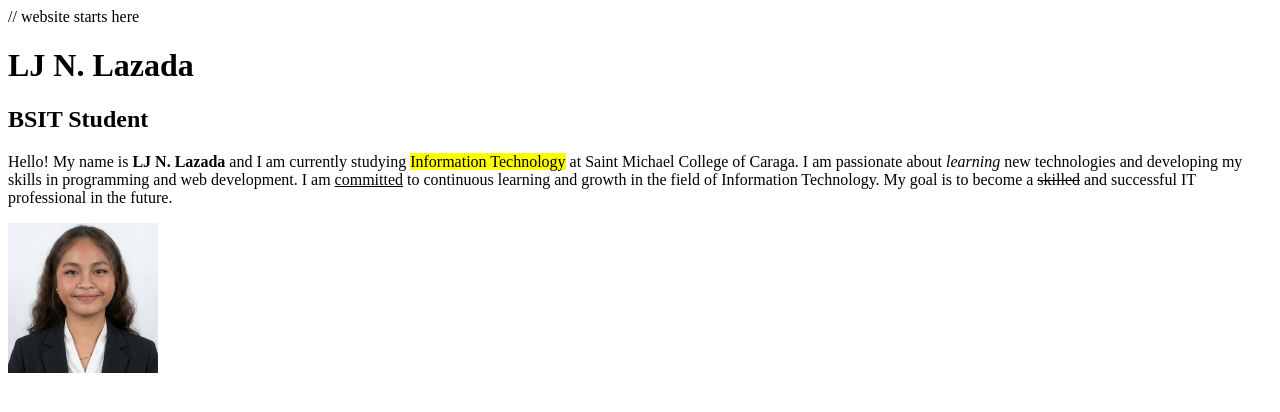
Repository: ljlazada11/myfirsthtml
Page: index.html
These files come from the project's save history. The page is drawn as it stood at one moment and after the next save; the edit follows.
The browser window is 1280 px wide. The pictures show the whole page.

Above is the page before, as saved 2026-06-24 19:13:30.

After the next save:
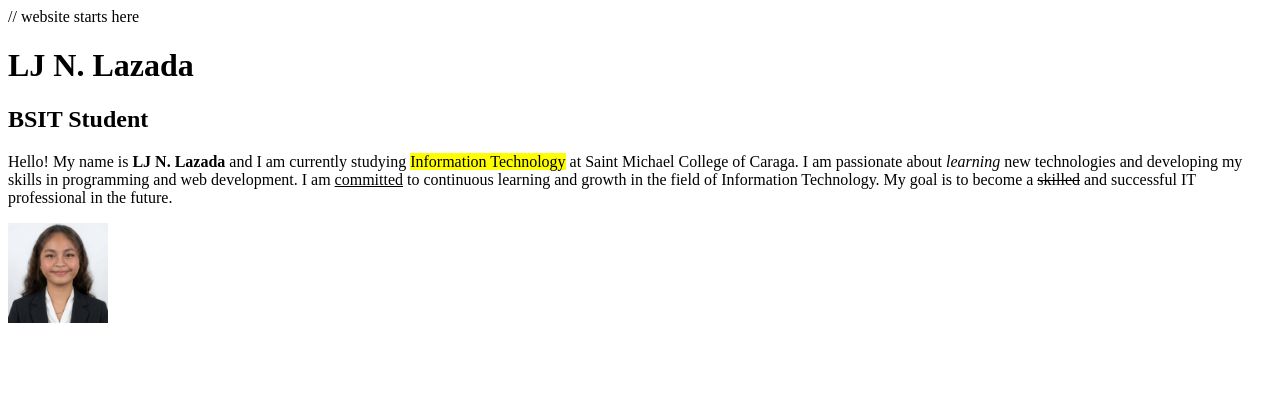
Saved 18 s later.
--- a/index.html
+++ b/index.html
@@ -12,6 +12,6 @@
     <h1>LJ N. Lazada</h1>
     <h2>BSIT Student</h2>
     <p>Hello! My name is <strong>LJ N. Lazada</strong> and I am currently studying <mark>Information Technology</mark> at Saint Michael College of Caraga. I am passionate about <i>learning</i> new technologies and developing my skills in programming and web development. I am <ins>committed</ins> to continuous learning and growth in the field of Information Technology. My goal is to become a <del>skilled</del> and successful IT professional in the future.</p>
-    <img src="pic.jpg" alt="My	Profile	Picture" width="150" height="150">
+    <img src="pic.jpg" alt="My	Profile	Picture" width="100" height="100">
 </body>
 </html>
